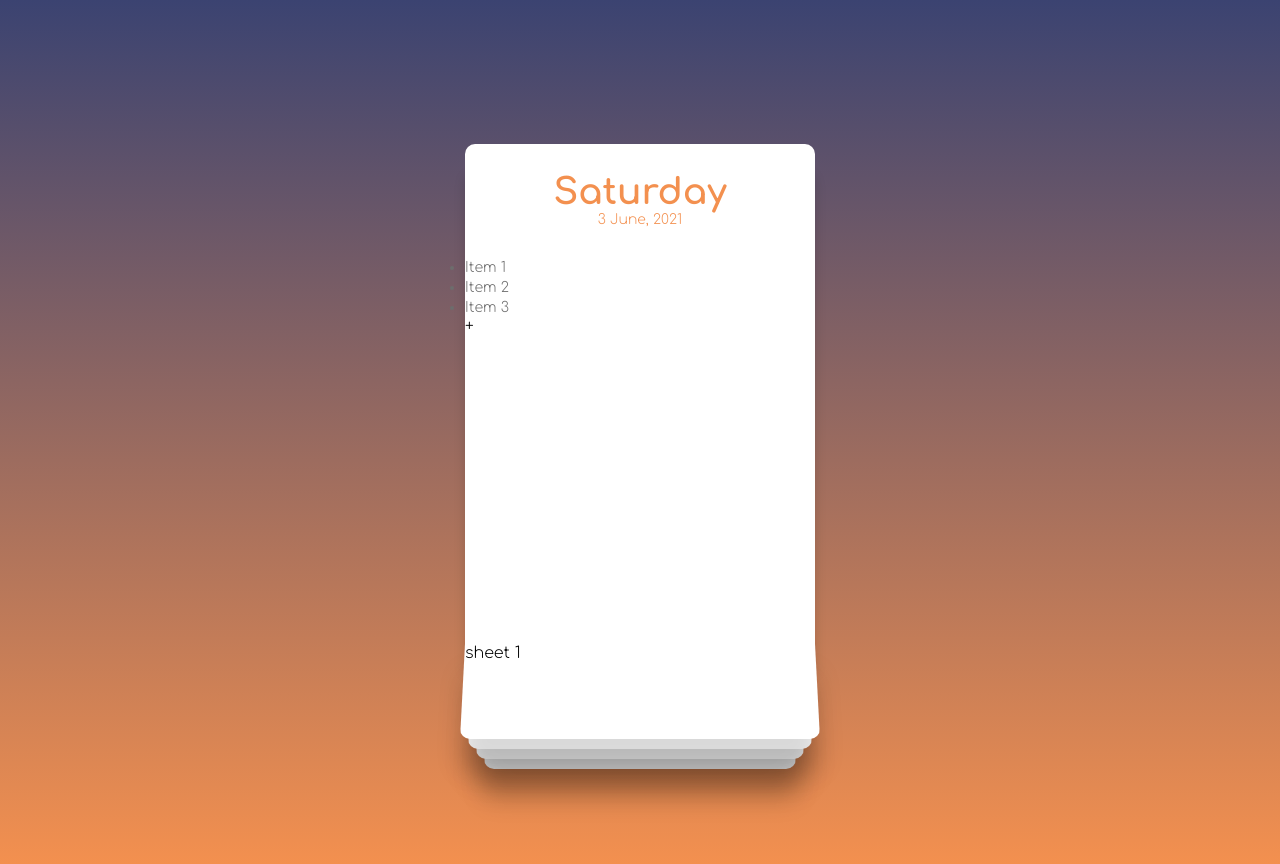
Repository: Colo-Codes/mini-projects
Page: todo-app/index.html
An editor plug-in stored every save of this project. The page is shown before and after the next save, followed by the edit.
The browser window is 1280 px wide. The pictures show the whole page.

Above is the page before, as saved 2021-07-04 11:59:02.

### todo-app/index.html
<!DOCTYPE html>
<html lang="en">
    <head>
        <meta charset="UTF-8" />
        <meta http-equiv="X-UA-Compatible" content="IE=edge" />
        <meta name="viewport" content="width=device-width, initial-scale=1.0" />
        <link rel="stylesheet" href="./css/index.css" />
        <title>Mini-Project - ToDo app</title>
    </head>
    <body>
        <div class="changing-background">
            <main class="todo">
                <section id="todo--header">
                    <header>Saturday</header>
                    <p>3 June, 2021</p>
                </section>
                <section id="todo--tasks-list">
                    <ul>
                        <li class="todo--tasks-list--item">Item 1</li>
                        <li class="todo--tasks-list--item">Item 2</li>
                        <li class="todo--tasks-list--item">Item 3</li>
                    </ul>
                </section>
                <section id="todo--footer">
                    <p>+</p>
                </section>
            </main>
            <div id="sheet-1-3d">sheet 1</div>
            <div id="sheet-2-3d">sheet 2</div>
            <div id="sheet-3-3d">sheet 3</div>
            <div id="sheet-4-3d">sheet 4</div>
        </div>
    </body>
</html>

### todo-app/css/index.css
@import url('https://fonts.googleapis.com/css2?family=Comfortaa:wght@300;700&display=swap');

/* SECTION Initial reset */

html {
    box-sizing: border-box;
    font-size: 16px;
}

*,
*:before,
*:after {
    box-sizing: inherit;
    margin: 0;
    padding: 0;
    /*outline: 1px dashed blue; /* Debugging purposes */
}

/* SECTION Background */

body {
    font-family: 'Comfortaa', cursive;
    background: #f3904f; /* fallback for old browsers */
    background: -webkit-linear-gradient(
        to bottom,
        #3b4371,
        #f3904f
    ); /* Chrome 10-25, Safari 5.1-6 */
    background: linear-gradient(
        to bottom,
        #3b4371,
        #f3904f
    ); /* W3C, IE 10+/ Edge, Firefox 16+, Chrome 26+, Opera 12+, Safari 7+ */
    background-repeat: no-repeat;
    background-size: cover;
    height: 100vh;
}

/* SECTION ToDo container */

.todo {
    margin: auto;
    margin-top: 20vh;
    width: 350px;
    height: 500px;
    background-color: white;
    border-radius: 10px 10px 0 0;
    box-shadow: 0px 30px 12px rgba(0, 0, 0, 0.15);
}

/* ToDo shapes and shadows */

div [id^='sheet-'] {
    margin: auto;
    border-radius: 0 0 10px 10px;
    -webkit-filter: drop-shadow(0px 30px 12px rgba(0, 0, 0, 0.15));
    filter: drop-shadow(0px 30px 12px rgba(0, 0, 0, 0.15));
    -ms-filter: "progid:DXImageTransform.Microsoft.Dropshadow(OffX=0, OffY=30, Color='#444')";
    filter: "progid:DXImageTransform.Microsoft.Dropshadow(OffX=0, OffY=30, Color='#444')";
    /* trapezoidal shape */
    border-bottom: 95px solid white;
    border-left: 5px solid transparent;
    border-right: 5px solid transparent;
}
#sheet-1-3d {
    width: 360px;
    height: 95px;
    margin: auto;
    border-radius: 0 0 10px 10px;
    position: relative;
    z-index: 1;
}
#sheet-2-3d {
    width: 344px;
    height: 95px;
    margin: auto;
    margin-top: -85px;
    border-radius: 0 0 10px 10px;
    position: relative;
    z-index: -1;
}
#sheet-3-3d {
    width: 328px;
    height: 95px;
    margin: auto;
    margin-top: -85px;
    border-radius: 0 0 10px 10px;
    position: relative;
    z-index: -2;
}
#sheet-4-3d {
    width: 312px;
    height: 95px;
    margin: auto;
    margin-top: -85px;
    border-radius: 0 0 10px 10px;
    position: relative;
    z-index: -3;
}

/* SECTION ToDo header */

#todo--header header {
    padding-top: 1.75rem;
    font-size: 2.25rem;
    font-weight: 700;
    text-align: center;
    color: #f3904f;
}

#todo--header p {
    font-size: 0.875rem;
    text-align: center;
    color: #f3904f;
}

/* SECTION ToDo list of tasks */

#todo--tasks-list {
    margin-top: 1.875rem;
}

.todo--tasks-list--item {
    font-size: 0.89rem;
    color: #6d6d6d;
    line-height: 20px;
}

After the next save:
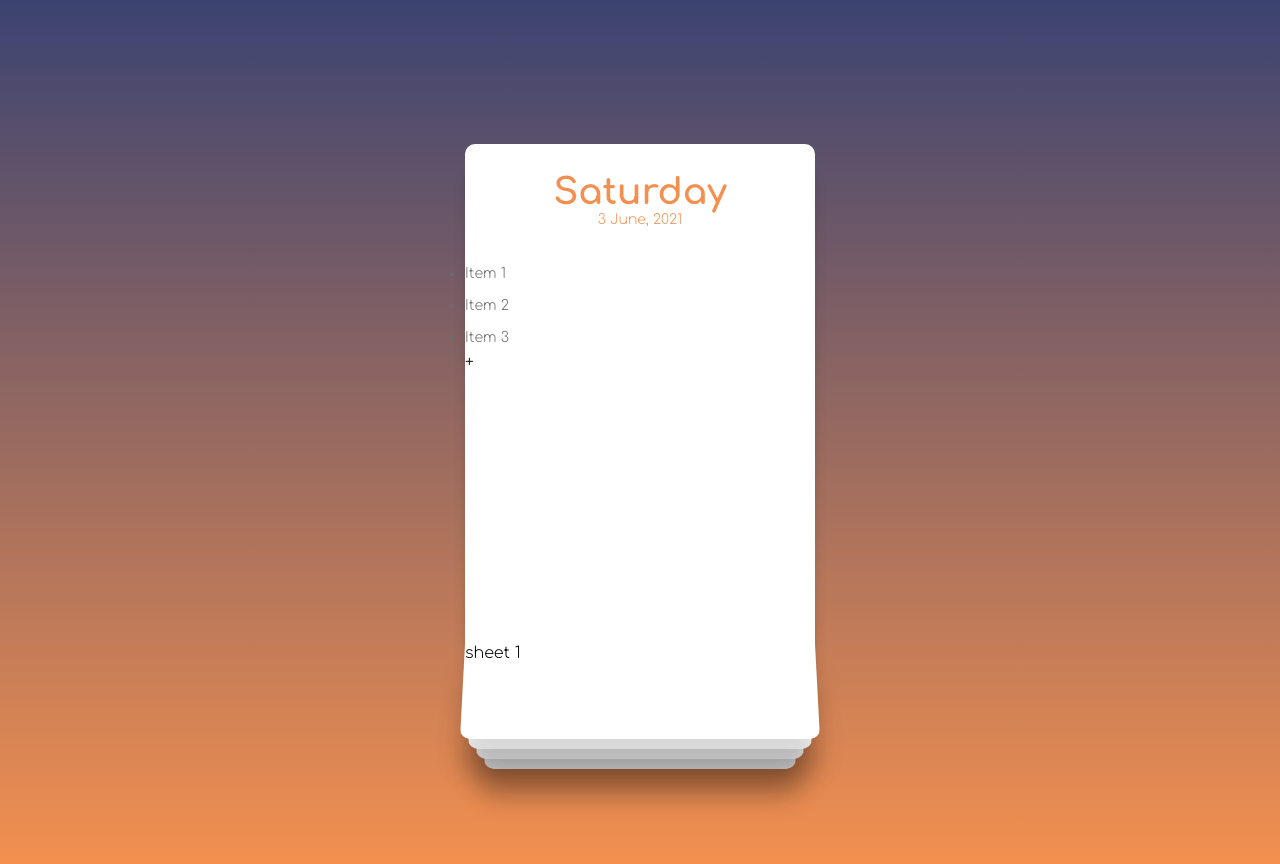
Saved 9 s later.
--- a/todo-app/css/index.css
+++ b/todo-app/css/index.css
@@ -123,5 +123,5 @@ div [id^='sheet-'] {
 .todo--tasks-list--item {
     font-size: 0.89rem;
     color: #6d6d6d;
-    line-height: 20px;
+    line-height: 2rem;
 }
